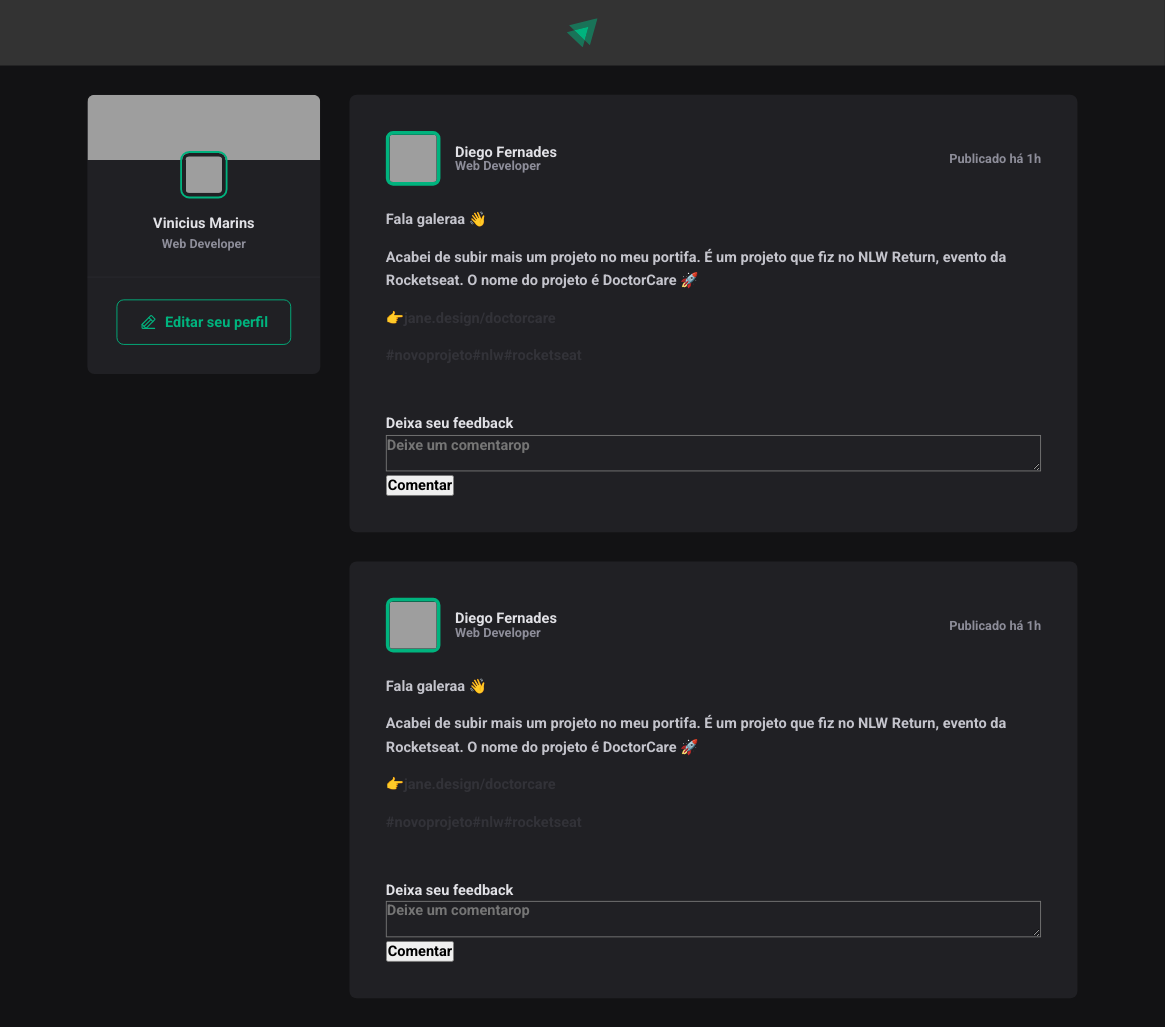
Repository: viniimartins/reactFundamentosRocketseat
Page: /
An editor plug-in stored every save of this project. The page is shown before and after a run of saves, followed by the edit.
The browser window is 1280 px wide. The pictures show the whole page, at 91% of full size.
Pictures or frames that could not be fetched are drawn as grey boxes. The project was rebuilt for these pictures with package versions that can differ from the ones it lists, and the page was loaded fresh each time. Also part of the build but not shown: vite.config.js.

Above is the page before, as saved 2023-04-29 23:10:28.

### index.html
<!DOCTYPE html>
<html lang="en">
  <head>
    <meta charset="UTF-8" />

    <link rel="preconnect" href="https://fonts.googleapis.com">
    <link rel="preconnect" href="https://fonts.gstatic.com" crossorigin>

    <link rel="icon" type="image/svg+xml" href="/vite.svg" />
    <meta name="viewport" content="width=device-width, initial-scale=1.0" />


    <link href="https://fonts.googleapis.com/css2?family=Montserrat&family=Roboto:wght@700&display=swap" rel="stylesheet">


    <title>Vite + React</title>
  </head>
  <body>
    <div id="root"></div>
    <script type="module" src="/src/main.jsx"></script>
  </body>
</html>

### src/App.jsx
import { Header } from './Components/Header'
import { Post } from './Components/Post'

import './global.css'


import styles from './App.module.css'
import { Sidebar } from './Components/Sidebar'

function App() {
  return (
    <>
      <div>
        <Header />


        <div className={styles.wrapper}>
          <Sidebar />
          <main>
            <Post
              author="Gabriel"
              content="Lorem ipsum dolor sit amet consectetur adipisicing elit. Asperiores aut, accusamus quasi hic earum blanditiis adipisci reiciendis enim eaque facilis doloribus, iusto incidunt! Aliquid ut debitis temporibus eius placeat autem!"
            />
            <Post
              author="Gabriel"
              content="Lorem ipsum dolor sit amet consectetur adipisicing elit. Asperiores aut, accusamus quasi hic earum blanditiis adipisci reiciendis enim eaque facilis doloribus, iusto incidunt! Aliquid ut debitis temporibus eius placeat autem!"
            />
          </main>
        </div>
      </div>

    </>
  )

}

export default App

### src/Components/Header.jsx
import styles from './Header.module.css';
import igniteLogo from '../assets/ignite-logo.svg'

export function Header() {
    return (
        <header className={styles.header}>
            <img src={igniteLogo}></img>
        </header>
    );
}

### src/Components/Post.jsx
import styles from './Post.module.css'

export function Post() {
    return (
        <article className={styles.post}>
            <header>
                <div className={styles.author}>
                    <img className={styles.avatar} src="https://avatars.githubusercontent.com/u/84347013?v=4" />
                    <div className={styles.authorInfo}>
                        <strong>Diego Fernades</strong>
                        <span>Web Developer</span>
                    </div>
                </div>
                <time title="11 de Maio ás 08:13" dateTime="2022-05-11 08:13:30">Publicado há 1h</time>
            </header>


            <div className={styles.content}>
                <p> Fala galeraa 👋</p>
                <p>Acabei de subir mais um projeto no meu portifa. É um projeto que fiz no NLW Return, evento da Rocketseat. O nome do projeto é DoctorCare 🚀</p>
                <p>👉<a href="">jane.design/doctorcare</a></p>
                <p>
                    <a href="">#novoprojeto</a>{''}
                    <a href="">#nlw</a>{''}
                    <a href="">#rocketseat</a>
                </p>
            </div>

            <form className={styles.commentForm}>
                <strong>Deixa seu feedback</strong>

                <textarea
                    placeholder='Deixe um comentarop'
                />

                <button type="submit">Comentar</button>
            </form>
        </article>
    )
}

### src/global.css
:root {
  --white: #fff;

  --gray-100: #e1e1e6;
  --gray-300: #c4c4cc;
  --gray-400: #8d8d99;
  --gray-500: #323238;
  --gray-700: #29292e;
  --gray-800: #202024;
  --gray-900: #121214;

  --green-500: #00b37e;
  --green-300: #00875f;
}

* {
  margin: 0;
  padding: 0;
  box-sizing: border-box;
}

body {
  background: var(--gray-900);
  color: var(--gray-300);
  -webkit-font-smoothing: antialiased;
}

body,
input,
textarea,
button {
  font-family: "Roboto", sans-serif;
  font-weight: 400;
  font-size: 1rem;
}

### src/Components/Sidebar.jsx
import { PencilLine } from "phosphor-react";

import styles from './Sidebar.module.css'

export function Sidebar() {
    return (
        <aside className={styles.sidebar}>
            <img
                className={styles.cover}
                src="https://images.unsplash.com/photo-1587620962725-abab7fe55159?ixlib=rb-4.0.3&ixid=MnwxMjA3fDB8MHxwaG90by1wYWdlfHx8fGVufDB8fHx8&auto=format&fit=crop&w=500&q=50"
            />
            <div className={styles.profile}>
                <img
                    className={styles.avatar}
                    src="https://avatars.githubusercontent.com/u/84347013?v=4"
                />
                <strong>Vinicius Marins</strong>
                <span>Web Developer</span>
            </div>

            <footer>
                <a href="#">
                    <PencilLine size={20} />
                    Editar seu perfil</a>
            </footer>
        </aside>
    )
}

### src/Components/Header.module.css
.header {
    background: #333;
    display: flex;
    justify-content: center;
    padding: 1.25rem 0
}

.header img {
    height: 2rem;
}

### src/Components/Post.module.css
.post {
  background: var(--gray-800);
  border-radius: 8px;
  padding: 2.5rem;
}

.post + .post {
  margin-top: 2rem;
}

.content {
  line-height: 1.6;
  color: var(--gray-300);
  margin-top: 1.5rem;
}

.content p {
  margin-top: 1rem;
}

.content a {
  font-weight: bold;
  color: var(--gray-500);
  text-decoration: none;
}

.content a:hover {
  color: var(--gray-300);
}

.post > header {
  display: flex;
  align-items: center;
  justify-content: space-between;
}

.post > header time {
  font-size: 0.875rem;
  color: var(--gray-400);
}

.author {
  display: flex;
  align-items: center;
  gap: 1rem;
}

.author img {
  width: calc(3rem + 12px);
  height: calc(3rem + 12px);
  border-radius: 8px;
  border: 4px solid var(--gray-800);
  border: 4px solid var(--green-500);
}

.authorInfo strong {
  display: block;
  color: var(--gray-100);
  line-height: 1;
}

.authorInfo span {
  display: block;
  font-size: 0.875rem;
  color: var(--gray-400);
  line-height: 1;
}

.commentForm {
  width: 100%;
  margin-top: 1.5rem;
  padding-top: 1.5rem;
  border-top: 1px solid var(--gray-600);
}


.commentForm > strong {
  line-height: 1.6;
  color: var(--gray-100);
}

.commentForm textarea {
  width: 100%;
  background-color: var(--gray-)
}

### src/Components/Sidebar.module.css
.sidebar {
  background: var(--gray-800);
  border-radius: 8px;
  overflow: hidden;
}

.cover {
  width: 100%;
  height: 72px;
  object-fit: cover;
}

.profile {
  display: flex;
  flex-direction: column;
  align-items: center;

  margin-top: calc(0px - 1.5rem - 6px);
}

.profile strong {
  margin-top: 1rem;
  color: var(--gray-100);
  line-height: 1.6;
}

.profile span {
  font-size: 0.857rem;
  color: var(--gray-400);
  line-height: 1.6;
}

.avatar {
  width: 3rem;
  height: 3rem;
  border-radius: 8px;
  border: 4px solid var(--gray-800);
  outline: 2px solid var(--green-500);

  margin-top: calc(1.5rem - 6px);
}

.sidebar footer {
  border-top: 1px solid var(--gray-700);
  margin-top: 1.5rem;
  padding: 1.5rem 2rem 2rem;
}

.sidebar footer a {
  background: transparent;
  color: var(--green-500);
  border: 1px solid var(--green-500);
  border-radius: 8px;
  height: 50px;
  padding: 0 1.5rem;
  font-weight: bold;
  display: block;
  text-decoration: none;

  display: flex;
  align-items: center;
  justify-content: center;

  gap: 0.5rem;

  transition: color 0.1s, background-color 0.1s;
}

.sidebar footer a:hover {
  background: var(--green-500);
  color: var(--white);
}

Loaded but not shown: src/main.jsx (common file); src/App.module.css (common file)

After the next 3 saves:
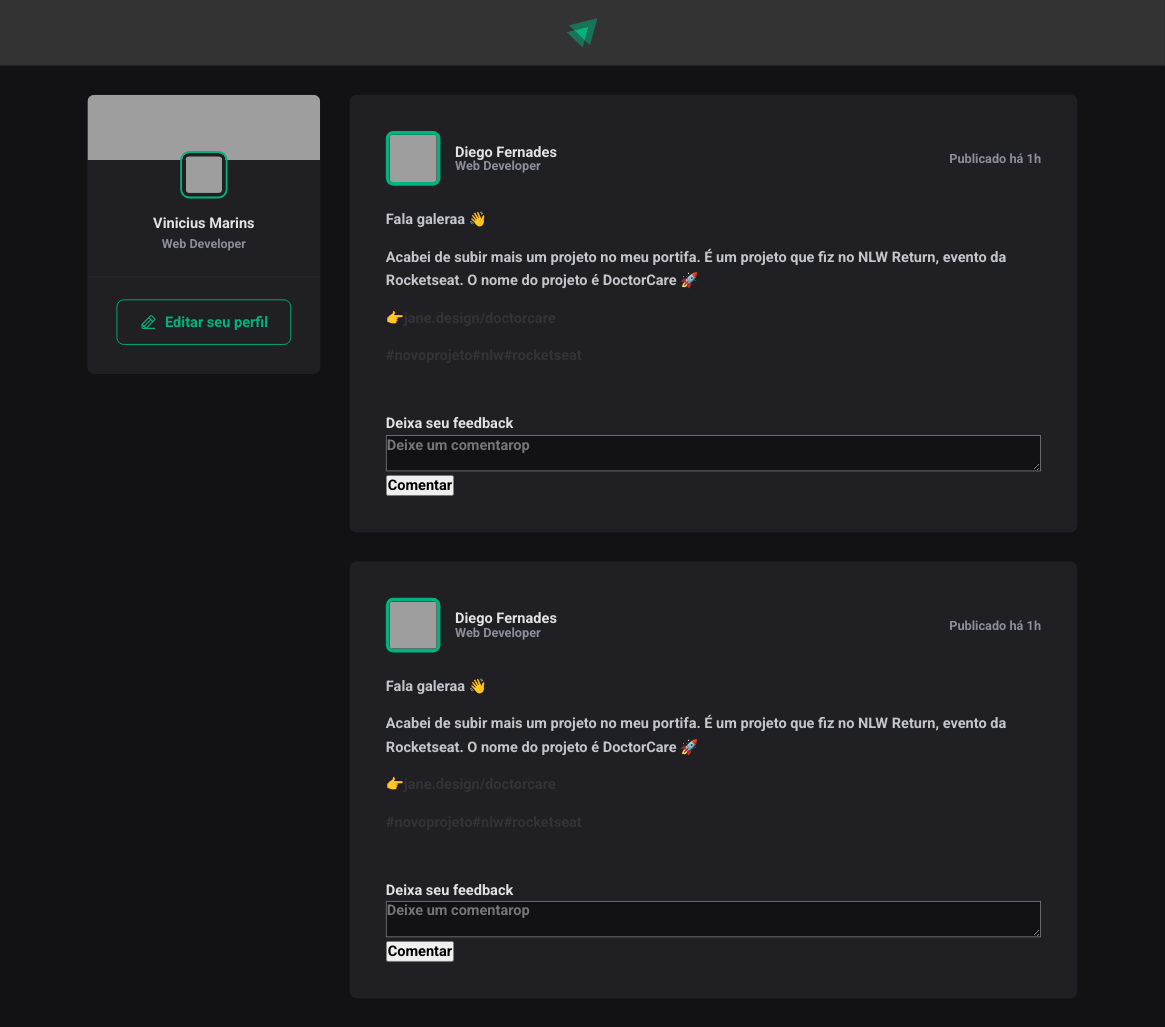
The 3 saves are shown as one change because they came seconds apart.
The last was saved 10 s later.
--- a/src/Components/Post.module.css
+++ b/src/Components/Post.module.css
@@ -81,5 +81,5 @@
 
 .commentForm textarea {
   width: 100%;
-  background-color: var(--gray-)
+  background-color: var(--gray-900)
 }

After the 2 saves that followed:
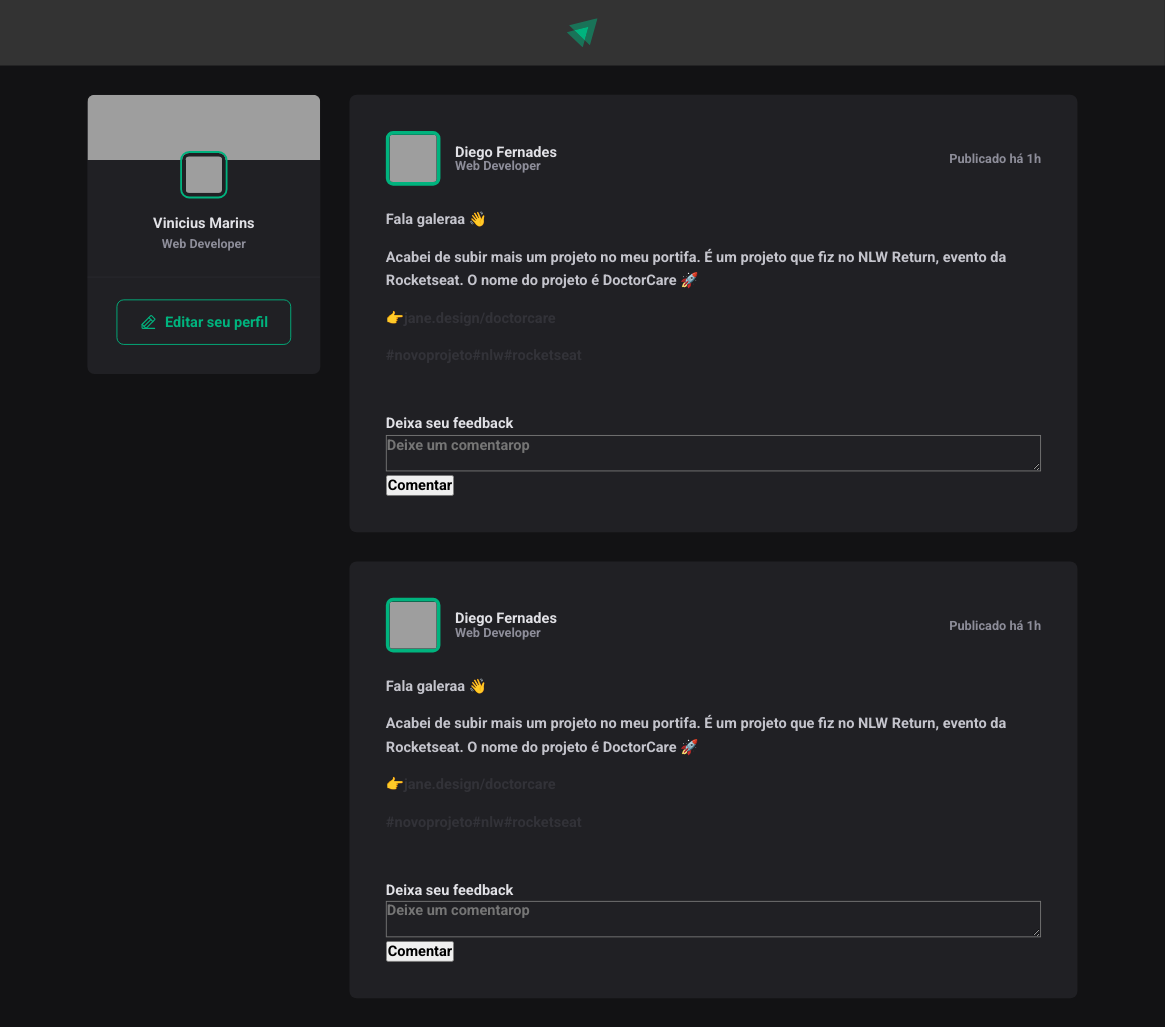
The 2 saves are shown as one change because they came seconds apart.
The last was saved 39 s later.
--- a/src/Components/Post.module.css
+++ b/src/Components/Post.module.css
@@ -82,4 +82,5 @@
 .commentForm textarea {
   width: 100%;
   background-color: var(--gray-900)
+  border
 }
